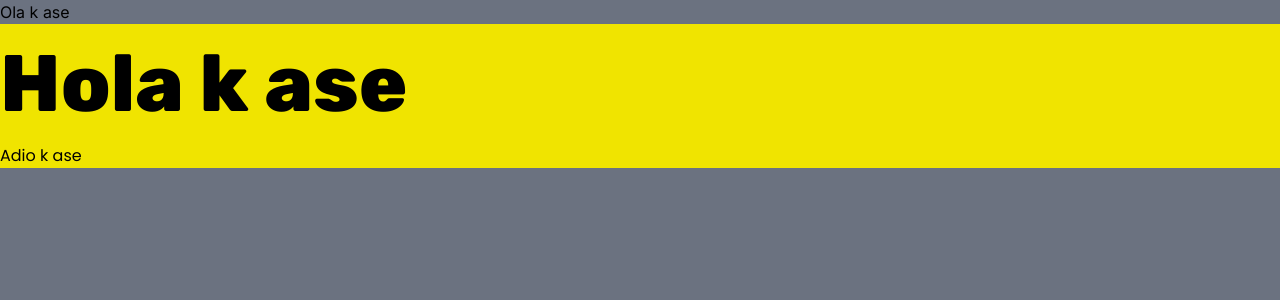
Repository: aldovelacasas/PF_RentCar2
Page: /homePage
The author's editor kept a copy of each file at every save. The page is drawn from the files as they stood at one save, then again after the next save.
The browser window is 1280 px wide. The pictures show the whole page.
The project was rebuilt for these pictures with package versions that can differ from the ones it lists, and the page was loaded fresh each time. The framework's server and built-in components were replaced by stand-ins that run in the browser. Also part of the build but not shown: next.config.js.

Above is the page before, as saved 2023-08-29 18:47:08.

After the next save:
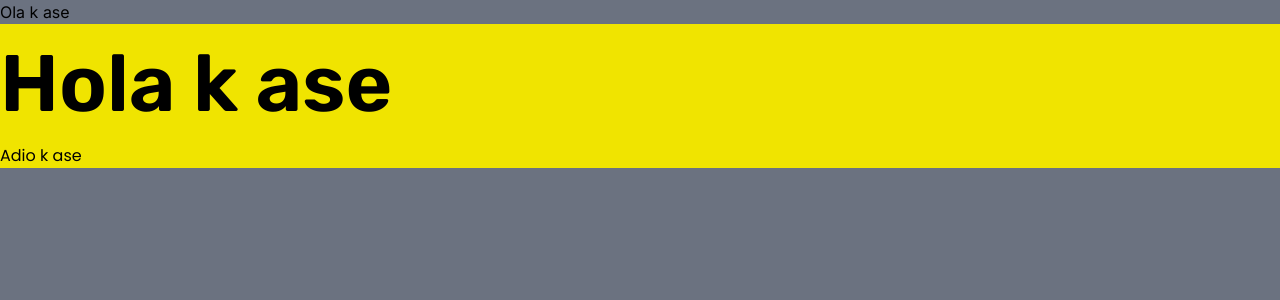
Saved 17 s later.
--- a/src/app/homePage/page.jsx
+++ b/src/app/homePage/page.jsx
@@ -1,7 +1,7 @@
 import { Rubik, Poppins } from "next/font/google";
 
 const rubik = Rubik({
-  weight: "800",
+  weight: "600",
   subsets: ["latin"],
 });
 
